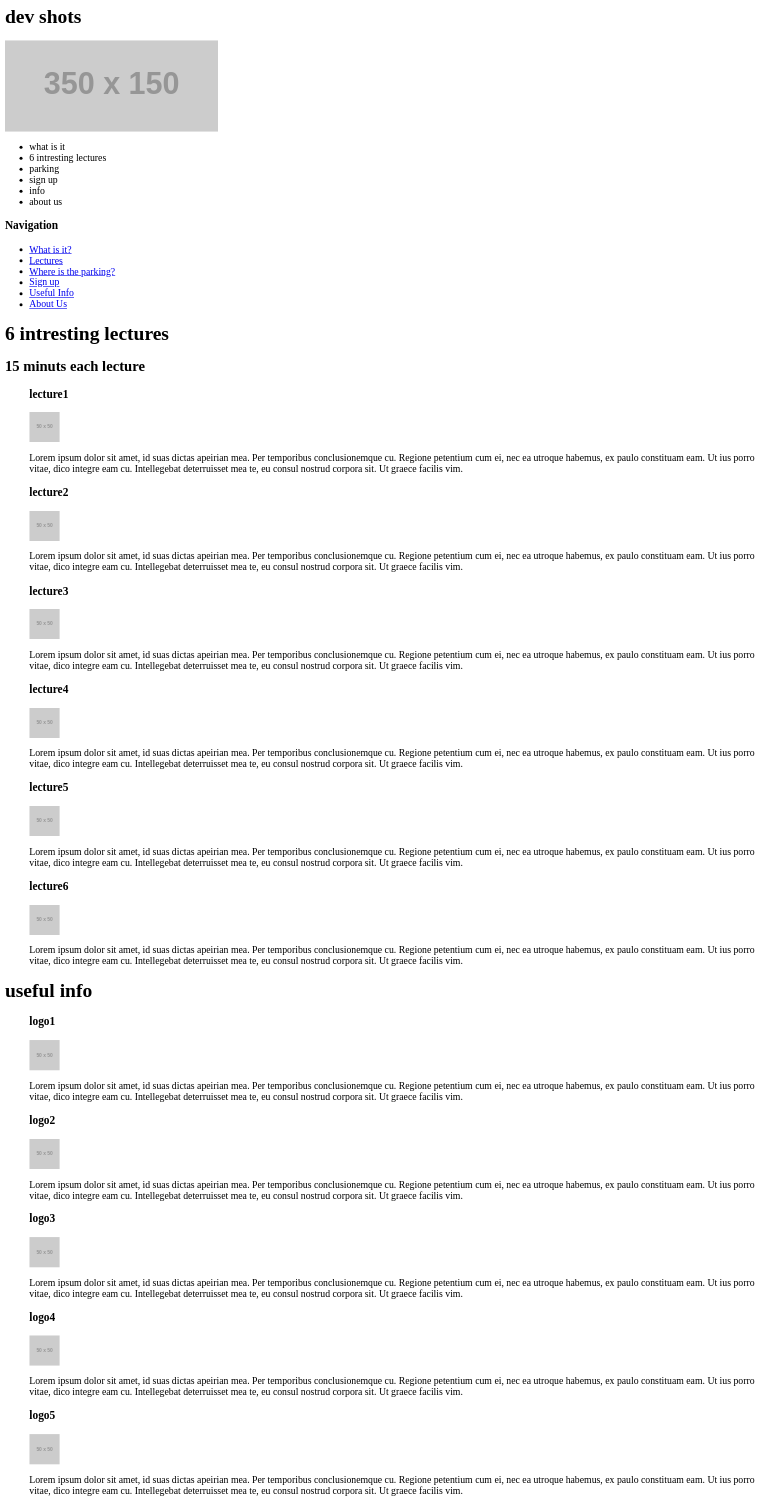
Repository: innaplx/exercises-devshots-html4-part1
Page: index.html
An editor plug-in stored every save of this project. The page is shown before and after the next save, followed by the edit.
The browser window is 1280 px wide. The pictures show the whole page, at 61% of full size.

Above is the page before, as saved 2018-08-17 20:15:04.

### index.html
<html>
    <head>
        <h1>dev shots</h1>
        <a href="https://placeholder.com"><img src="https://via.placeholder.com/350x150"></a>




    </head>

    <body>
            <ul>
                    <li><a herf="#">what is it</a></li>
                    <li><a herf="#">6 intresting lectures</a></li>
                    <li><a herf="#">parking</a></li>
                    <li><a herf="#">sign up</a></li>
                    <li><a herf="#">info</a></li>
                    <li><a herf="#">about us</a></li>
                </ul>
                <h3>Navigation</h3>
                <ul>
                    <li><a href="#">What is it?</a></li>
                    <li><a href="#">Lectures</a></li>
                    <li><a href="#">Where is the parking?</a></li>
                    <li><a href="#">Sign up</a></li>
                    <li><a href="#">Useful Info</a></li>
                    <li><a href="#">About Us</a></li>
                </ul>



        <h1>6 intresting lectures</h1>
        <h2>15 minuts each lecture</h2>

            <ul>
                <il>
                <h3>lecture1</h3>
                <a href="https://placeholder.com"><img src="https://via.placeholder.com/50x50"></a>
                <p>Lorem ipsum dolor sit amet, id suas dictas apeirian mea. Per temporibus conclusionemque cu. Regione petentium cum ei, nec ea utroque habemus, ex paulo constituam eam. Ut ius porro vitae, dico integre eam cu. Intellegebat deterruisset mea te, eu consul nostrud corpora sit. Ut graece facilis vim.</p>
                </il>

                <il>
                        <h3>lecture2</h3>
                        <a href="https://placeholder.com"><img src="https://via.placeholder.com/50x50"></a>
                        <p>Lorem ipsum dolor sit amet, id suas dictas apeirian mea. Per temporibus conclusionemque cu. Regione petentium cum ei, nec ea utroque habemus, ex paulo constituam eam. Ut ius porro vitae, dico integre eam cu. Intellegebat deterruisset mea te, eu consul nostrud corpora sit. Ut graece facilis vim.</p>
                        </il>
                        <il>
                                <h3>lecture3</h3>
                                <a href="https://placeholder.com"><img src="https://via.placeholder.com/50x50"></a>
                                <p>Lorem ipsum dolor sit amet, id suas dictas apeirian mea. Per temporibus conclusionemque cu. Regione petentium cum ei, nec ea utroque habemus, ex paulo constituam eam. Ut ius porro vitae, dico integre eam cu. Intellegebat deterruisset mea te, eu consul nostrud corpora sit. Ut graece facilis vim.</p>
                                </il>
                                <il>
                                        <h3>lecture4</h3>
                                        <a href="https://placeholder.com"><img src="https://via.placeholder.com/50x50"></a>
                                        <p>Lorem ipsum dolor sit amet, id suas dictas apeirian mea. Per temporibus conclusionemque cu. Regione petentium cum ei, nec ea utroque habemus, ex paulo constituam eam. Ut ius porro vitae, dico integre eam cu. Intellegebat deterruisset mea te, eu consul nostrud corpora sit. Ut graece facilis vim.</p>
                                        </il>
                                        <il>
                                                <h3>lecture5</h3>
                                                <a href="https://placeholder.com"><img src="https://via.placeholder.com/50x50"></a>
                                                <p>Lorem ipsum dolor sit amet, id suas dictas apeirian mea. Per temporibus conclusionemque cu. Regione petentium cum ei, nec ea utroque habemus, ex paulo constituam eam. Ut ius porro vitae, dico integre eam cu. Intellegebat deterruisset mea te, eu consul nostrud corpora sit. Ut graece facilis vim.</p>
                                                </il>
                                                <il>
                                                        <h3>lecture6</h3>
                                                        <a href="https://placeholder.com"><img src="https://via.placeholder.com/50x50"></a>
                                                        <p>Lorem ipsum dolor sit amet, id suas dictas apeirian mea. Per temporibus conclusionemque cu. Regione petentium cum ei, nec ea utroque habemus, ex paulo constituam eam. Ut ius porro vitae, dico integre eam cu. Intellegebat deterruisset mea te, eu consul nostrud corpora sit. Ut graece facilis vim.</p>
                                                        </il>
            </ul>

            <h1>useful info</h1>
            <ul>
                    <il>
                    <h3>logo1</h3>
                    <a href="https://placeholder.com"><img src="https://via.placeholder.com/50x50"></a>
                    <p>Lorem ipsum dolor sit amet, id suas dictas apeirian mea. Per temporibus conclusionemque cu. Regione petentium cum ei, nec ea utroque habemus, ex paulo constituam eam. Ut ius porro vitae, dico integre eam cu. Intellegebat deterruisset mea te, eu consul nostrud corpora sit. Ut graece facilis vim.</p>
                    </il>

                    <il>
                            <h3>logo2</h3>
                            <a href="https://placeholder.com"><img src="https://via.placeholder.com/50x50"></a>
                            <p>Lorem ipsum dolor sit amet, id suas dictas apeirian mea. Per temporibus conclusionemque cu. Regione petentium cum ei, nec ea utroque habemus, ex paulo constituam eam. Ut ius porro vitae, dico integre eam cu. Intellegebat deterruisset mea te, eu consul nostrud corpora sit. Ut graece facilis vim.</p>
                            </il>
                            <il>
                                    <h3>logo3</h3>
                                    <a href="https://placeholder.com"><img src="https://via.placeholder.com/50x50"></a>
                                    <p>Lorem ipsum dolor sit amet, id suas dictas apeirian mea. Per temporibus conclusionemque cu. Regione petentium cum ei, nec ea utroque habemus, ex paulo constituam eam. Ut ius porro vitae, dico integre eam cu. Intellegebat deterruisset mea te, eu consul nostrud corpora sit. Ut graece facilis vim.</p>
                                    </il>
                                    <il>
                                            <h3>logo4</h3>
                                            <a href="https://placeholder.com"><img src="https://via.placeholder.com/50x50"></a>
                                            <p>Lorem ipsum dolor sit amet, id suas dictas apeirian mea. Per temporibus conclusionemque cu. Regione petentium cum ei, nec ea utroque habemus, ex paulo constituam eam. Ut ius porro vitae, dico integre eam cu. Intellegebat deterruisset mea te, eu consul nostrud corpora sit. Ut graece facilis vim.</p>
                                            </il>
                                            <il>
                                                    <h3>logo5</h3>
                                                    <a href="https://placeholder.com"><img src="https://via.placeholder.com/50x50"></a>
                                                    <p>Lorem ipsum dolor sit amet, id suas dictas apeirian mea. Per temporibus conclusionemque cu. Regione petentium cum ei, nec ea utroque habemus, ex paulo constituam eam. Ut ius porro vitae, dico integre eam cu. Intellegebat deterruisset mea te, eu consul nostrud corpora sit. Ut graece facilis vim.</p>
                                                    </il>

                </ul>

    </body>
























</html>

After the next save:
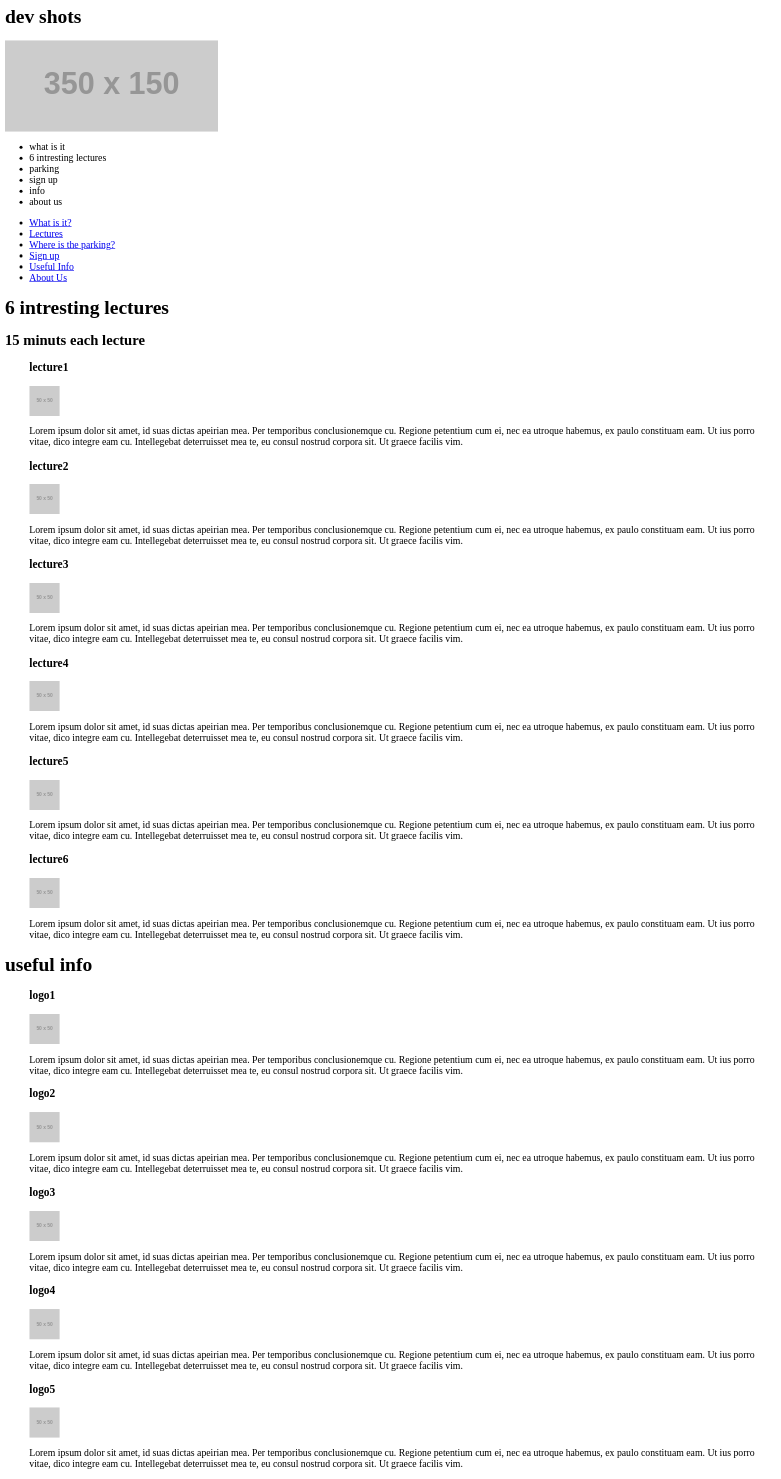
Saved 72 s later.
--- a/index.html
+++ b/index.html
@@ -17,7 +17,7 @@
                     <li><a herf="#">info</a></li>
                     <li><a herf="#">about us</a></li>
                 </ul>
-                <h3>Navigation</h3>
+
                 <ul>
                     <li><a href="#">What is it?</a></li>
                     <li><a href="#">Lectures</a></li>
